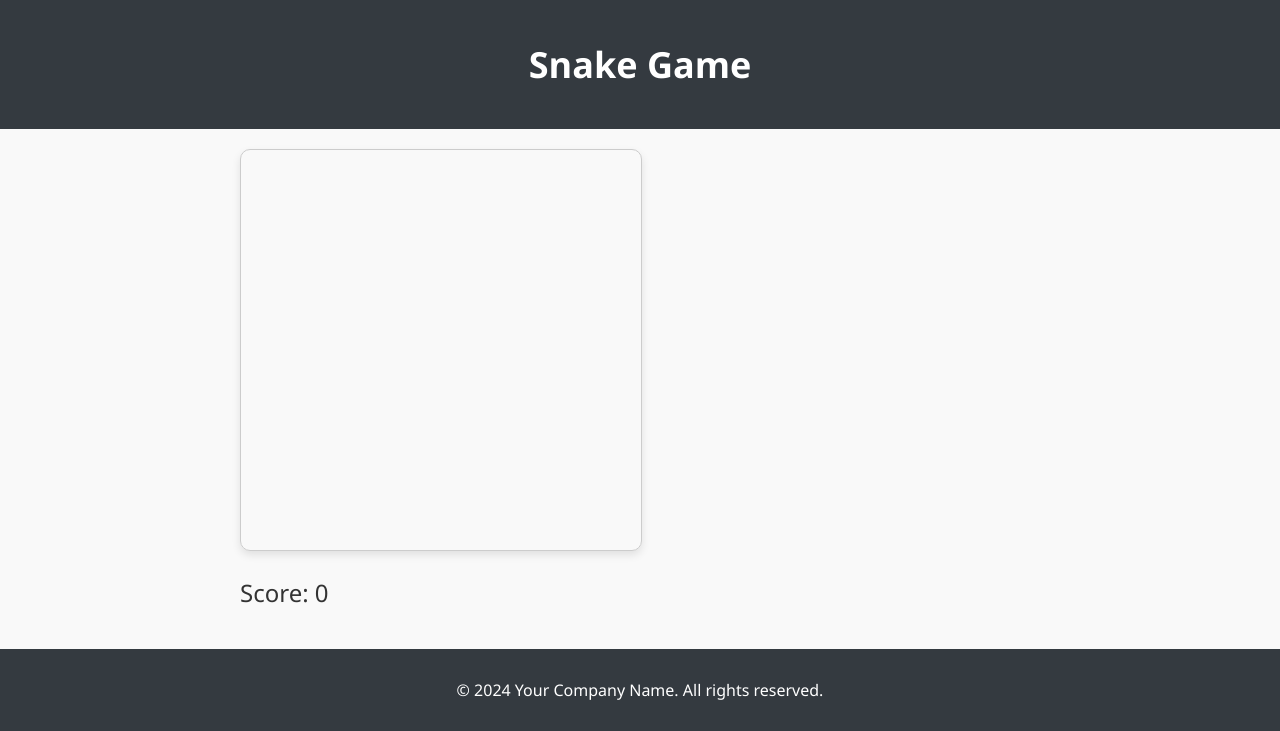
Repository: Taofeekolusola/Landing-page
Page: index.html
The author's editor kept a copy of each file at every save. The page is drawn from the files as they stood at one save, then again after a run of saves.
The browser window is 1280 px wide. The pictures show the whole page.

Above is the page before, as saved 2024-05-06 17:58:38.
Not found: script.js

### index.html
<!DOCTYPE html>
<html lang="en">
<head>
    <meta charset="UTF-8">
    <meta name="viewport" content="width=device-width, initial-scale=1.0">
    <title>Snake Game</title>
    <link rel="stylesheet" href="styles.css">
</head>
<body>
    <header>
        <div class="container">
            <h1>Snake Game</h1>
        </div>
    </header>
    <main>
        <div class="container">
            <canvas id="gameCanvas" width="400" height="400"></canvas>
            <div id="score">Score: 0</div>
        </div>
    </main>
    <footer>
        <div class="container">
            <p>&copy; 2024 Your Company Name. All rights reserved.</p>
        </div>
    </footer>
    <script src="script.js"></script>
</body>
</html>

### styles.css
body {
    font-family: 'Segoe UI', Tahoma, Geneva, Verdana, sans-serif;
    margin: 0;
    padding: 0;
    display: flex;
    flex-direction: column;
    min-height: 100vh;
    background-color: #f9f9f9;
}

.container {
    width: 80%;
    max-width: 800px;
    margin: 0 auto;
    padding: 20px;
}

header {
    background-color: #343a40;
    color: #fff;
    text-align: center;
    padding: 20px 0;
}

header h1 {
    font-size: 36px;
    margin: 0;
}

main {
    flex-grow: 1;
    display: flex;
    justify-content: center;
    align-items: center;
}

canvas {
    border: 1px solid #ccc;
    border-radius: 10px;
    box-shadow: 0 4px 8px rgba(0, 0, 0, 0.1);
}

#score {
    margin-top: 20px;
    font-size: 24px;
    color: #333;
}

footer {
    background-color: #343a40;
    color: #fff;
    text-align: center;
    padding: 10px 0;
    margin-top: 20px;
}

footer p {
    margin: 0;
}

After the next 2 saves:
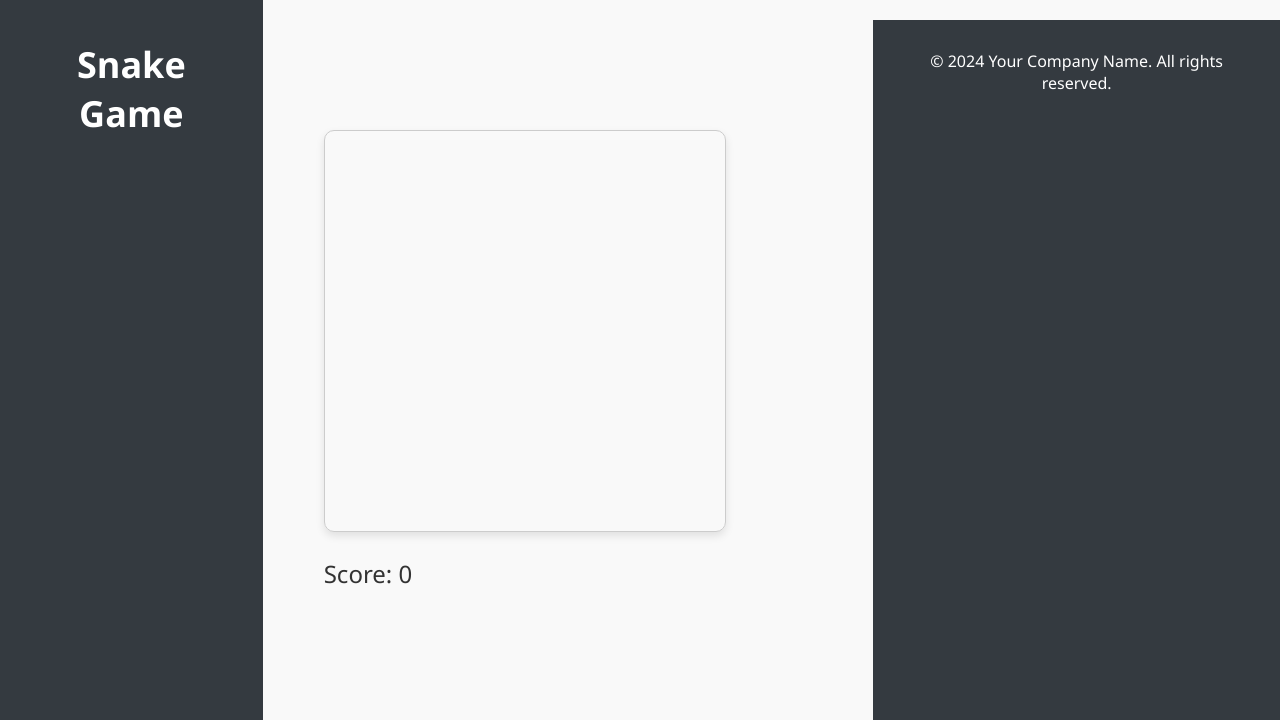
The 2 saves are shown as one change because they came seconds apart.
The last was saved 41 s later.
--- a/styles.css
+++ b/styles.css
@@ -3,7 +3,7 @@ body {
     margin: 0;
     padding: 0;
     display: flex;
-    flex-direction: column;
+    flex-direction: center;
     min-height: 100vh;
     background-color: #f9f9f9;
 }
